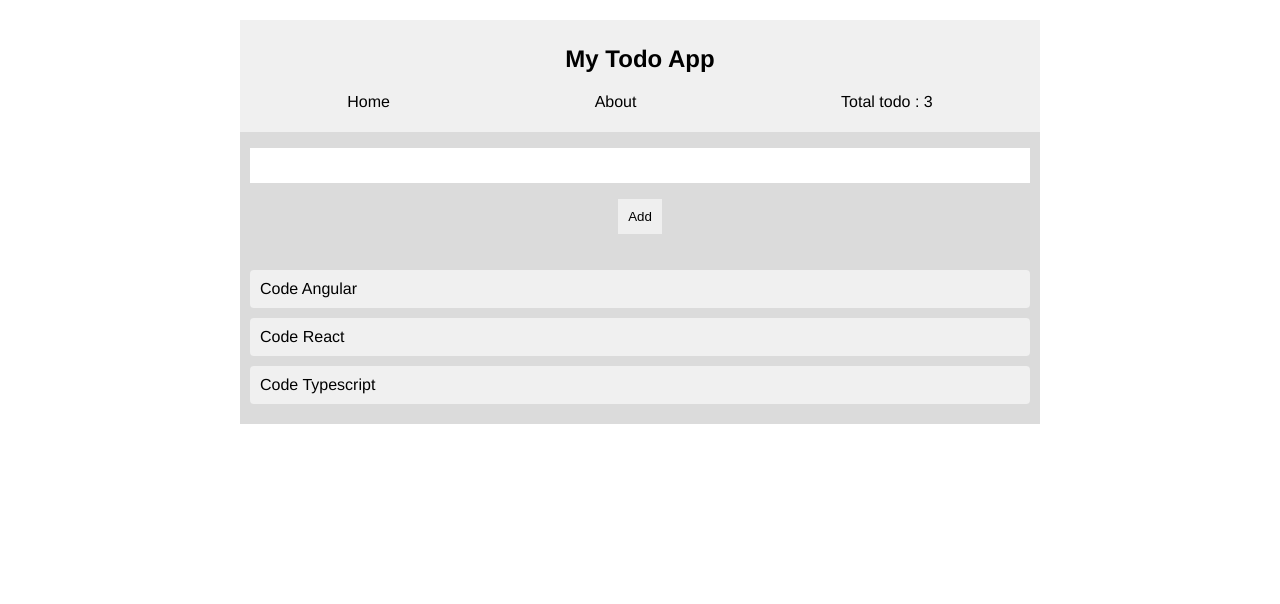
Repository: DTien93/Todo-Typescript
Page: / (app in my-app/)
The author's editor kept a copy of each file at every save. The page is drawn from the files as they stood at one save, then again after the next save.
The browser window is 1280 px wide. The pictures show the whole page.
The project was rebuilt for these pictures with package versions that can differ from the ones it lists, and the page was loaded fresh each time. Imported but missing from the stored project, and not drawn on this page: my-app/src/serviceWorker.

Above is the page before, as saved 2021-10-16 22:15:58.

After the next save:
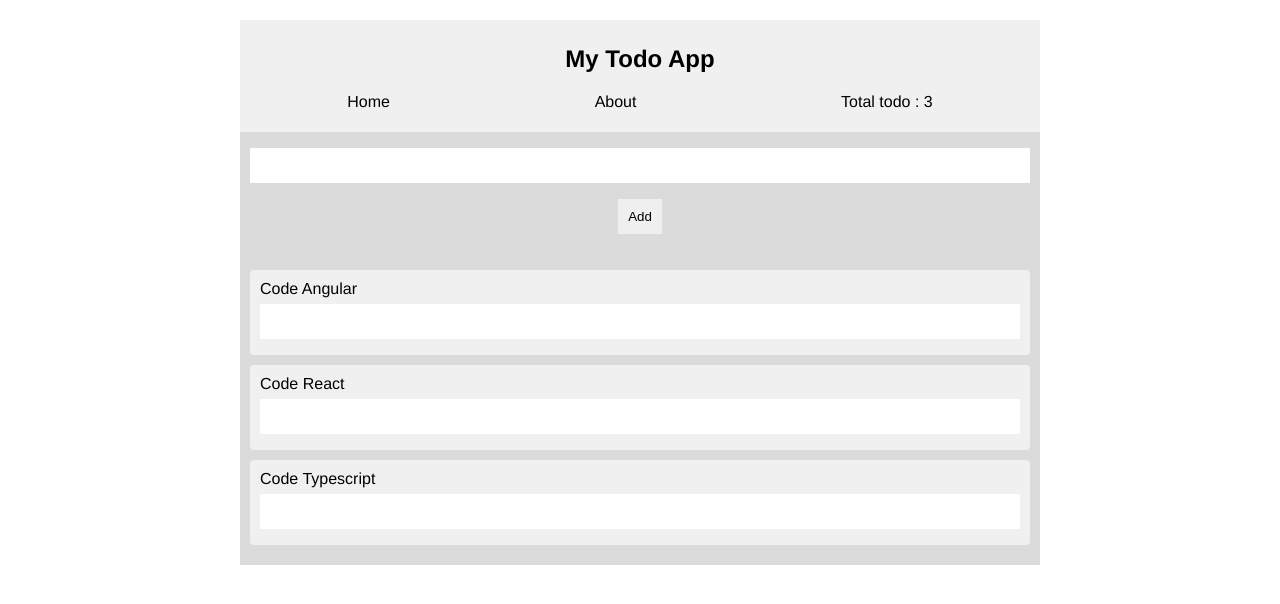
Saved 8 s later.
--- a/my-app/src/components/Todos.tsx
+++ b/my-app/src/components/Todos.tsx
@@ -13,6 +13,7 @@
                 todos.map((todo: { title: string, id: number }) => (
                     <li key={todo.id}>
                         {todo.title}
+                        <input type="text" />
                     </li>
                 ))
             }

After the save that followed:
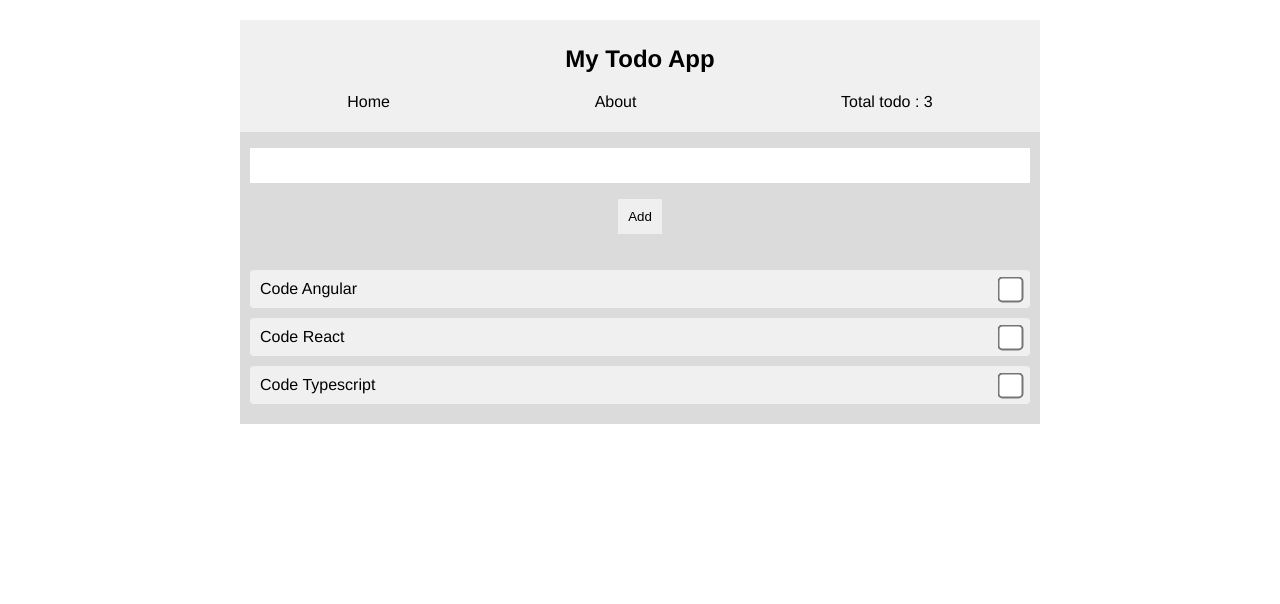
Saved 4 s later.
--- a/my-app/src/components/Todos.tsx
+++ b/my-app/src/components/Todos.tsx
@@ -13,7 +13,7 @@
                 todos.map((todo: { title: string, id: number }) => (
                     <li key={todo.id}>
                         {todo.title}
-                        <input type="text" />
+                        <input type="checkbox" />
                     </li>
                 ))
             }
